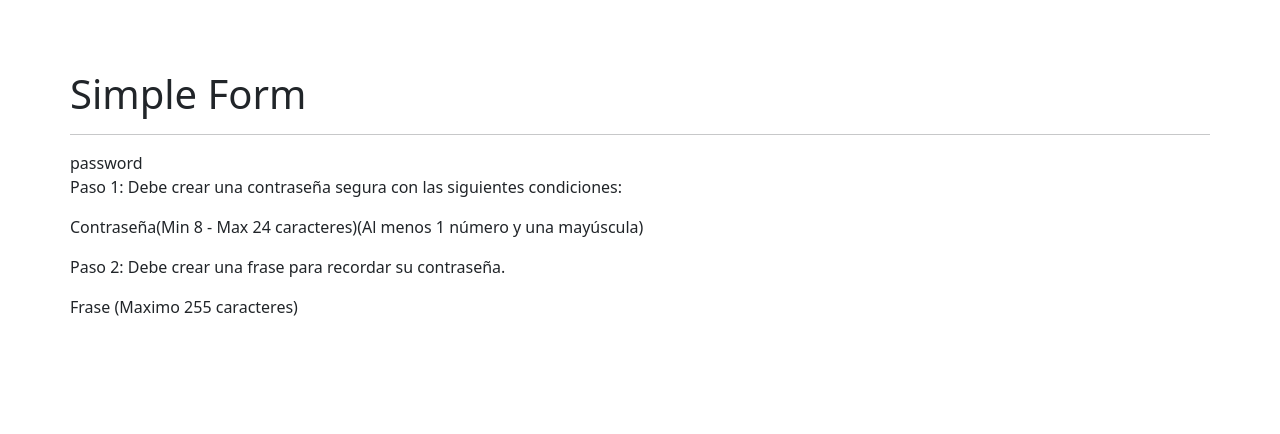
Repository: ppfeliuu/hooks-app
Page: /
An editor plug-in stored every save of this project. The page is shown before and after the next save, followed by the edit.
The browser window is 1280 px wide. The pictures show the whole page.
The project was rebuilt for these pictures with package versions that can differ from the ones it lists, and the page was loaded fresh each time. Also part of the build but not shown: src/components/01-useState/CounterApp.js, src/hooks/useCounter.js, src/components/01-useState/CounterWithCustomHook.js, src/HookApp.js.

Above is the page before, as saved 2021-05-28 11:25:36.

After the next save:
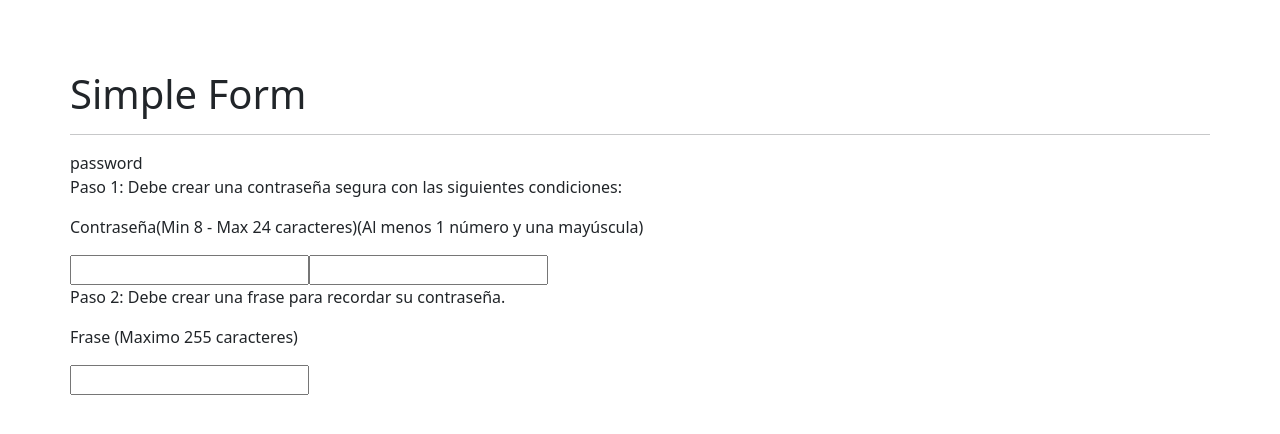
Saved 45 s later.
--- a/src/components/02-useEffect/SimpleForm.js
+++ b/src/components/02-useEffect/SimpleForm.js
@@ -16,8 +16,14 @@ export const SimpleForm = () => {
         Contraseña(Min 8 - Max 24 caracteres)(Al menos 1 número y una mayúscula)
       </p>
 
+      <input type="password" />
+
+      <input type="password" />
+
       <p>Paso 2: Debe crear una frase para recordar su contraseña.</p>
       <p>Frase (Maximo 255 caracteres)</p>
+
+      <input type="text" />
     </>
   );
 };
